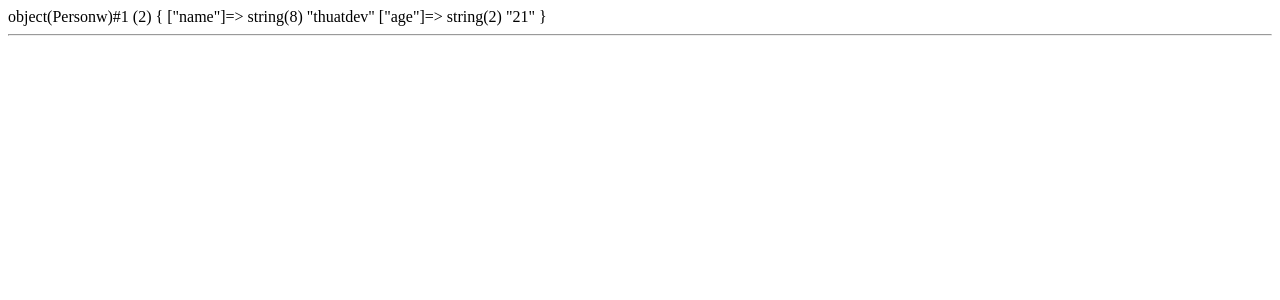
Repository: ThuatDev/php-push
Page: http://localhost/thuat_lear_class.php
These files come from the project's save history. The page is drawn as it stood at one moment and after the next save; the edit follows.
The browser window is 1280 px wide. The pictures show the whole page.
The page is run by PHP 8.4 with error messages shown; the project is at /var/www/html/.

Above is the page before, as saved 2023-09-30 07:04:36.

### thuat_lear_class.php
<?php
require_once 'classes/leanr_person.php';
$personMale = new Personw();
var_dump($personMale);
echo '<hr/>';

### classes/leanr_person.php
<?php
class Personw {
  public $name='thuatdev' ,$age='21' ;
  const MIN_AGE=25;
    public function getName(){
        return 'Tôi là thuat';
    }
  public function getAge (){
    return 'Tôi 30 tuổi';
}
}

After the next save:
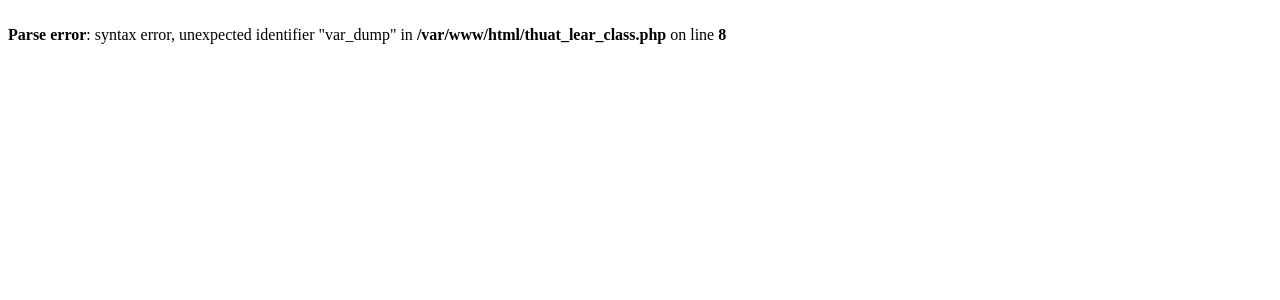
Saved 23 s later.
--- a/thuat_lear_class.php
+++ b/thuat_lear_class.php
@@ -3,3 +3,6 @@ require_once 'classes/leanr_person.php';
 $personMale = new Personw();
 var_dump($personMale);
 echo '<hr/>';
+
+  $personMale =new Personw
+  var_dump($personMale);

After the save that followed:
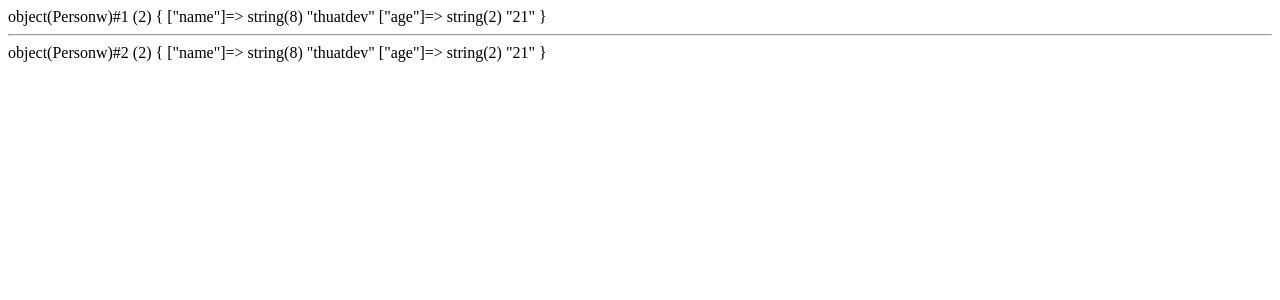
Saved 4 s later.
--- a/thuat_lear_class.php
+++ b/thuat_lear_class.php
@@ -4,5 +4,5 @@ $personMale = new Personw();
 var_dump($personMale);
 echo '<hr/>';
 
-  $personMale =new Personw
+  $personMale =new Personw;
   var_dump($personMale);
